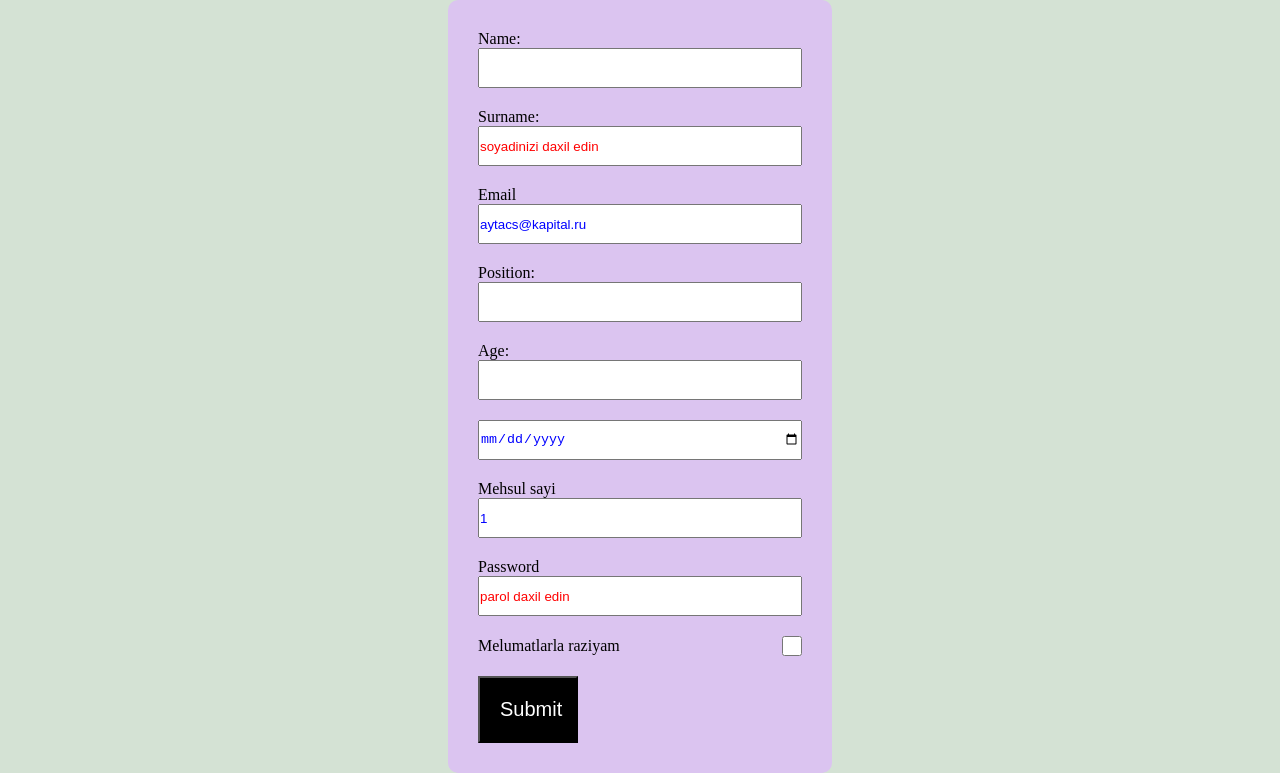
Repository: AytacSafarova/Form-lesson
Page: index.html
The author's editor kept a copy of each file at every save. The page is drawn from the files as they stood at one save, then again after a run of saves.
The browser window is 1280 px wide. The pictures show the whole page.

Above is the page before, as saved 2023-08-29 14:48:41.

After the next 7 saves:
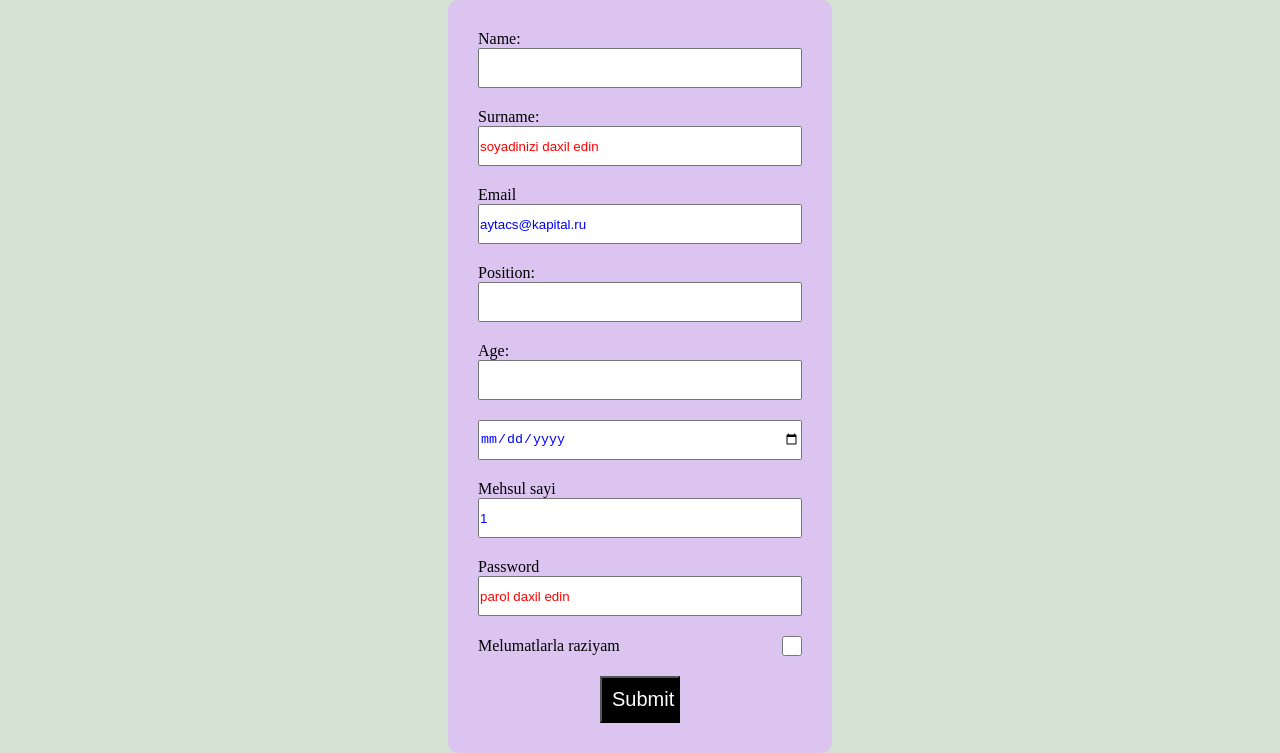
The 7 saves are shown as one change because they came seconds apart.
The last was saved 23 s later.
--- a/index.css
+++ b/index.css
@@ -40,9 +40,11 @@ input::placeholder{
     height: 20px;
 }
 button{
-  padding: 20px;
-  width: 100px;
+  padding: 10px;
+  width: 80px;
+  margin: auto;
   background-color: black;
   color: white;
   font-size: 20px;
+
 }
